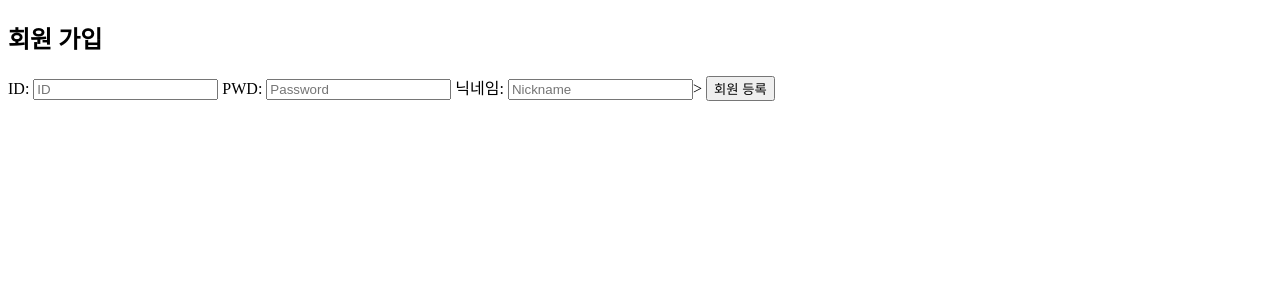
Repository: Jadedvst/Java_JSP-Servlet
Page: http://localhost/MustHaveJSP/JSMission/InsertForm.jsp
The author's editor kept a copy of each file at every save. The page is drawn from the files as they stood at one save, then again after the next save.
The browser window is 1280 px wide. The pictures show the whole page.
The page is served by Tomcat 10. Other server files are loaded and not shown.

Above is the page before, as saved 2023-12-13 08:17:17.

### MustHaveJSP/src/main/webapp/JSMission/InsertForm.jsp
<%@page import="java.sql.PreparedStatement"%>
<%@page import="java.sql.Connection"%>
<%@page import="common.JDBConnect"%>
<%@ page language="java" contentType="text/html; charset=UTF-8"
    pageEncoding="UTF-8"%>

<%-- <%
JDBConnect jdbc = new JDBConnect();

/* String id ="test1";
String pwd = "1111";
String name = "testMem1";// 길이 주의 */
String id_value=request.getParameter("id");
String pwd_value=request.getParameter("pwd");
String nn_value=request.getParameter("nickname");

String sql = "INSERT INTO member(id,pass,name)"
			+"SELECT ?,?,?"
			+"WHERE NOT EXISTS (SELECT id FROM member WHERE id=?)";
PreparedStatement psmt=jdbc.getCon().prepareStatement(sql);
psmt.setString(1,id_value);
psmt.setString(2,pwd_value);
psmt.setString(3,nn_value);
psmt.setString(4,id_value);

int inResult = psmt.executeUpdate();
out.println(inResult+"회원가입 완료");
try{
	psmt.close();
}catch(Exception e){
	e.printStackTrace();
}
jdbc.close();//jbdc instance의 con, psmt가 일치 하지 않아서 따로 닫아줘야함
%> --%>
<%
String id_value=request.getParameter("id");
String pwd_value=request.getParameter("pwd");
String nn_value=request.getParameter("nickname");
%>
<!DOCTYPE html>
<html>
<head>
<meta charset="UTF-8">
<title>Mission6</title>
</head>
<body>
	<h2>회원 가입</h2>
	<form>

		ID: <input type="text" name="id" placeholder="ID" >
		PWD: <input type="text" name="pwd" placeholder="Password">
		닉네임: <input type="text" name="nickname" placeholder="Nickname">>
		<input type="submit" value="회원 등록">
	</form>
</body>
</html>

After the next save:
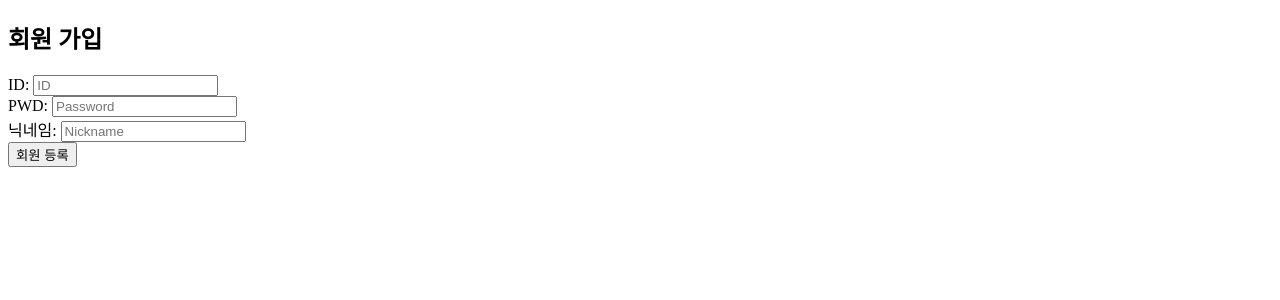
Saved 21 s later.
--- a/MustHaveJSP/src/main/webapp/JSMission/InsertForm.jsp
+++ b/MustHaveJSP/src/main/webapp/JSMission/InsertForm.jsp
@@ -47,9 +47,9 @@ String nn_value=request.getParameter("nickname");
 	<h2>회원 가입</h2>
 	<form>
 
-		ID: <input type="text" name="id" placeholder="ID" >
-		PWD: <input type="text" name="pwd" placeholder="Password">
-		닉네임: <input type="text" name="nickname" placeholder="Nickname">>
+		ID: <input type="text" name="id" placeholder="ID" ><br/>
+		PWD: <input type="text" name="pwd" placeholder="Password"><br/>
+		닉네임: <input type="text" name="nickname" placeholder="Nickname"><br/>
 		<input type="submit" value="회원 등록">
 	</form>
 </body>
